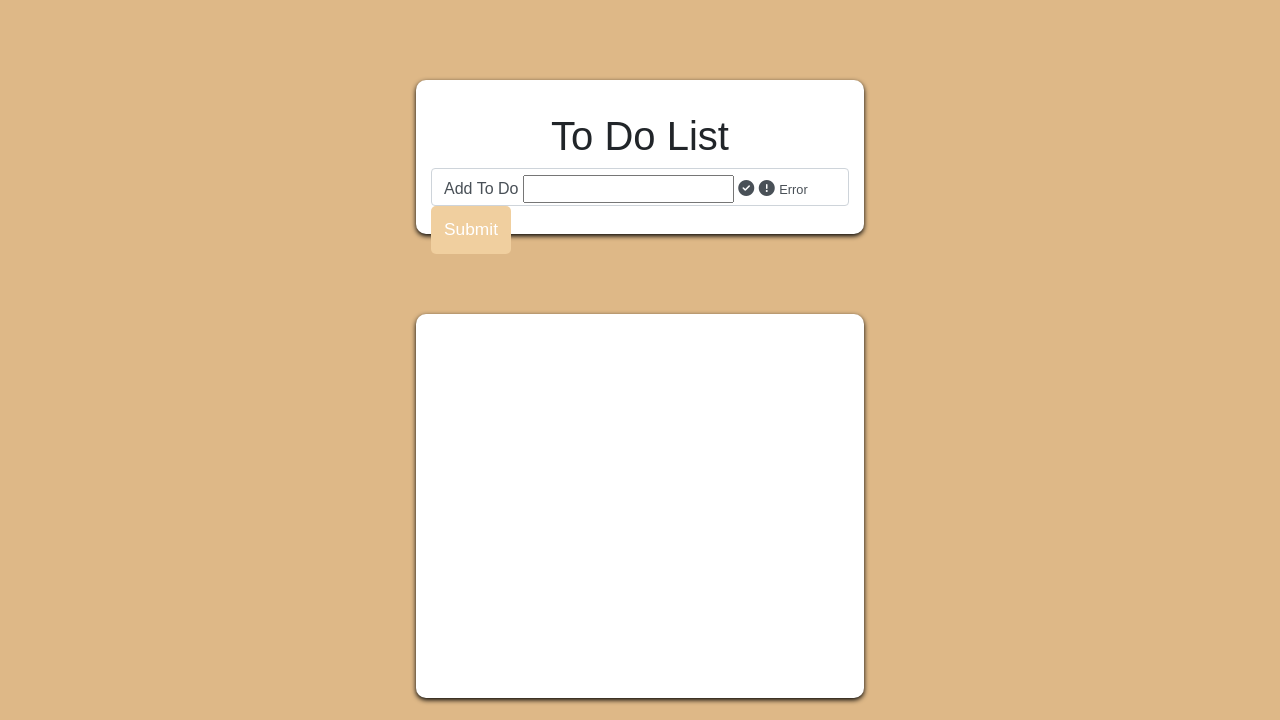
Repository: skepp4rn/todolist
Page: index.html
The author's editor kept a copy of each file at every save. The page is drawn from the files as they stood at one save, then again after the next save.
The browser window is 1280 px wide. The pictures show the whole page.
The page's requests for data from a server got no answer. Some web libraries are served in a nearby version.

Above is the page before, as saved 2021-01-28 11:44:19.

### index.html
<!DOCTYPE html>
<html lang="sv">
<head>
    <meta charset="UTF-8">
    <meta name="viewport" content="width=device-width, initial-scale=1.0">

    <script src="https://kit.fontawesome.com/ef4c0722a8.js" crossorigin="anonymous"></script>
    <link rel="stylesheet" href="https://cdn.jsdelivr.net/npm/bootstrap@4.5.3/dist/css/bootstrap.min.css" integrity="sha384-TX8t27EcRE3e/ihU7zmQxVncDAy5uIKz4rEkgIXeMed4M0jlfIDPvg6uqKI2xXr2" crossorigin="anonymous">
    <link rel="stylesheet" href="css/style.css">

    <title>To Do List</title>
</head>
<body>
    <div class="container">
        <div id="header">
            <h1>To Do List</h1>
        </div>

        <form class="form" id="form">
            <div class="form-control">
                <label>Add To Do</label>
                <input type="text" id="addToDo">
                <i class="fas fa-check-circle"></i>
                <i class="fas fa-exclamation-circle"></i>
                <small>Error message</small>
            </div>

            <button id="btn">Submit</button>
        </form>
    </div>

    <div class="container2">
        <div id="list"></div>
    </div>

    <script src="https://code.jquery.com/jquery-3.5.1.slim.min.js" integrity="sha384-DfXdz2htPH0lsSSs5nCTpuj/zy4C+OGpamoFVy38MVBnE+IbbVYUew+OrCXaRkfj" crossorigin="anonymous"></script>
    <script src="https://cdn.jsdelivr.net/npm/bootstrap@4.5.3/dist/js/bootstrap.bundle.min.js" integrity="sha384-ho+j7jyWK8fNQe+A12Hb8AhRq26LrZ/JpcUGGOn+Y7RsweNrtN/tE3MoK7ZeZDyx" crossorigin="anonymous"></script>
    <script src="https://cdnjs.cloudflare.com/ajax/libs/uuid/8.1.0/uuidv4.min.js"></script>
    <script src="script.js"></script>
</body>

### css/style.css
*{
    box-sizing: border-box;
    margin: 0;
    padding: 0;
}

body {
    background-color: burlywood;
    font-family: Arial, Helvetica, sans-serif;
    display: grid;
    justify-content: center;
}

.container {
    width: 35vw;
    display: grid;
    justify-content: center;
    background-color: #ffffff;
    border-radius: 10px;
    margin-top: 5rem;
    padding-bottom: 2rem;
    height: 12vw;
    box-shadow: 0 2px 5px black;
}

.container2 {
    width: 35vw;
    display: grid;
    justify-content: center;
    background-color: #ffffff;
    border-radius: 10px;
    margin-top: 5rem;
    padding-bottom: 2rem;
    height: 30vw;
    overflow-y: auto;
    box-shadow: 0 2px 5px black;
}

#header {
    margin-top: 2rem;
    text-align: center;
}

#btn {
    border: none;
    border-radius: 5px;
    padding: 0.5rem;
    background-color: #f0cf9f;
    color: #ffffff;
    font-size: 13pt;
    width: 5rem;
    height: 3rem;
    align-self: center;
}

.todobox {
    padding-top: 2rem;
    padding-bottom: 1rem;
    width: 32vw;
    display: grid;
    grid-template-columns: 5fr 1fr;
}

.knappar {
    display: grid;
    gap: 2rem;
}

.todoinput {
    display: flex;
    align-items: center;
}

.fa-trash {
    padding: 0.5rem;
    border: none;
    border-radius: 5px;
    color: #ffffff;
    background-color: red;
    width: 5rem;
}

.fa-undo {
    padding: 0.5rem;
    border: none;
    border-radius: 5px;
    color: #ffffff;
    background-color: #f0cf9f;
    width: 5rem;
}

.done {
    border: none;
    border-radius: 5px;
    padding: 0.5rem;
    background-color: #f0cf9f;
    color: #ffffff;
    font-family: inherit;
    font-size: 14pt;
    width: 5rem;
    height: 3rem;
}

### script.js
let ToDo = [];
let addToDos = document.getElementById('addToDo');
let form = document.getElementById('form');
let check = false;
let subbtn = document.getElementById('subbtn');
let list = document.querySelector('#list');
const fetchTodos = () => {
    fetch('https://jsonplaceholder.typicode.com/todos?_start20=&_limit=10')
    .then(res => res.json())
    .then(data => {
      ToDo = data;
      listelement(ToDo);
    })
}
fetchTodos();

const listelement = (ToDo) => {
    list.innerHTML = '';
    ToDo.forEach(todo => {
        list.innerHTML += newTodo(todo);
    })
    console.log(ToDo);
}

const newTodo = todo => {

    let template = todo.completed ? `
    <div id="${todo.id}" class="todoinput completed">
        <div class="todobox">
          <h3 class="title">${todo.title}</h3>
            <div class="knappar">
                <button class="fas fa-undo"></button>
                <button class="fas fa-trash"></button>
            </div>
        </div>
    </div>
    `
    : `
    <div id="${todo.id}" class="todoinput">
        <div class="todobox">
            <h3 class="title">${todo.title}</h3>
            <button class="done">Done</button>
        </div>
    </div>
    `
    return template
  }


  const createTodo = (title) => {

    fetch('https://jsonplaceholder.typicode.com/todos',{
      method: 'POST',
      headers: {
        'Content-type': 'application/json; charset=UTF-8'
      },
      body: JSON.stringify({
        title,
        completed: false
      })
    })
    .then(res => res.json())
    .then(data => {
        let _todo = {
            title: data.title,
            completed: data.completed,
            id: uuidv4()
        }
      console.log(data)
      ToDo.unshift(_todo);
      listelement(ToDo);
    })
}

form.addEventListener('submit', (e) => {
    e.preventDefault();

    checkInputs();

    if(check == true) {
        removeinput(addToDos);

        createTodo(addToDos.value)
        listelement(ToDo);

        addToDos.value = '';
    }
});

function checkInputs() {
    let addToDosValue = addToDos.value.trim();

    if(addToDosValue === ``) {
    setErrorFor(addToDos, `To Do cannot be blank`);

    } else {
        setSuccessFor(addToDos);
    }
}

function setErrorFor(input, message) {
    let formControl = input.parentElement;
    let small = formControl.querySelector('small');
    small.innerText = message;
    formControl.className = 'form-control error';
    check = false;
}

function setSuccessFor(input) {
    let formControl = input.parentElement;
    formControl.className = 'form-control success';
    check = true;
}

function removeinput(input) {
    let formControl = input.parentElement;
    formControl.className = 'form-control';
}

list.addEventListener('click', (e) => {
    if(e.target.classList.contains('done')) {
        complete(e.target.parentNode.parentNode.id)
    }
    else if(e.target.classList.contains('fa-undo')) {
        complete(e.target.parentNode.parentNode.parentNode.id)
    }
})

function complete(id) {
    ToDo.map(todo => {
        if(todo.id == id){
            todo.completed = !todo.completed
        }
        return todo
    })
    listelement(ToDo)
}

list.addEventListener('click', (e) => {

    if(e.target.classList.contains('fa-trash')) {
        ToDo = ToDo.filter(removetodo => removetodo.id != e.target.parentNode.parentNode.parentNode.id)
        listelement(ToDo)
    }
});

After the next save:
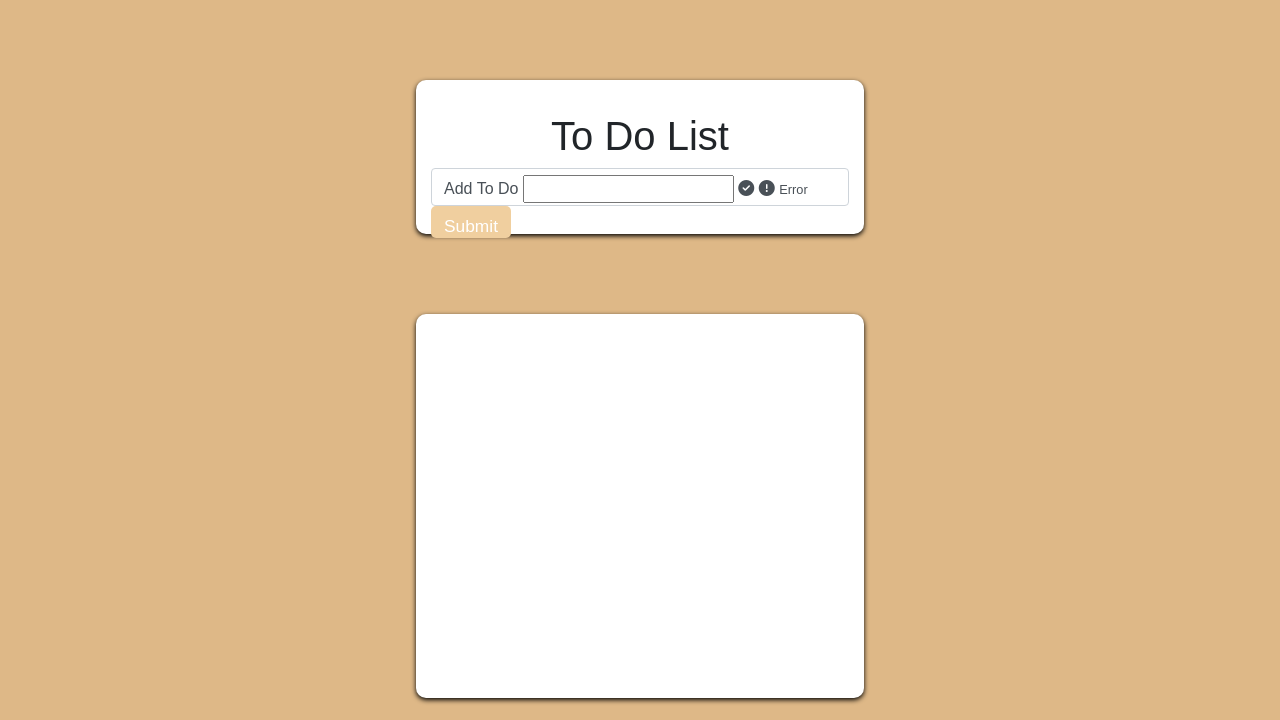
Saved 9 s later.
--- a/css/style.css
+++ b/css/style.css
@@ -49,7 +49,7 @@
     color: #ffffff;
     font-size: 13pt;
     width: 5rem;
-    height: 3rem;
+    height: 2rem;
     align-self: center;
 }
 

After the 6 saves that followed:
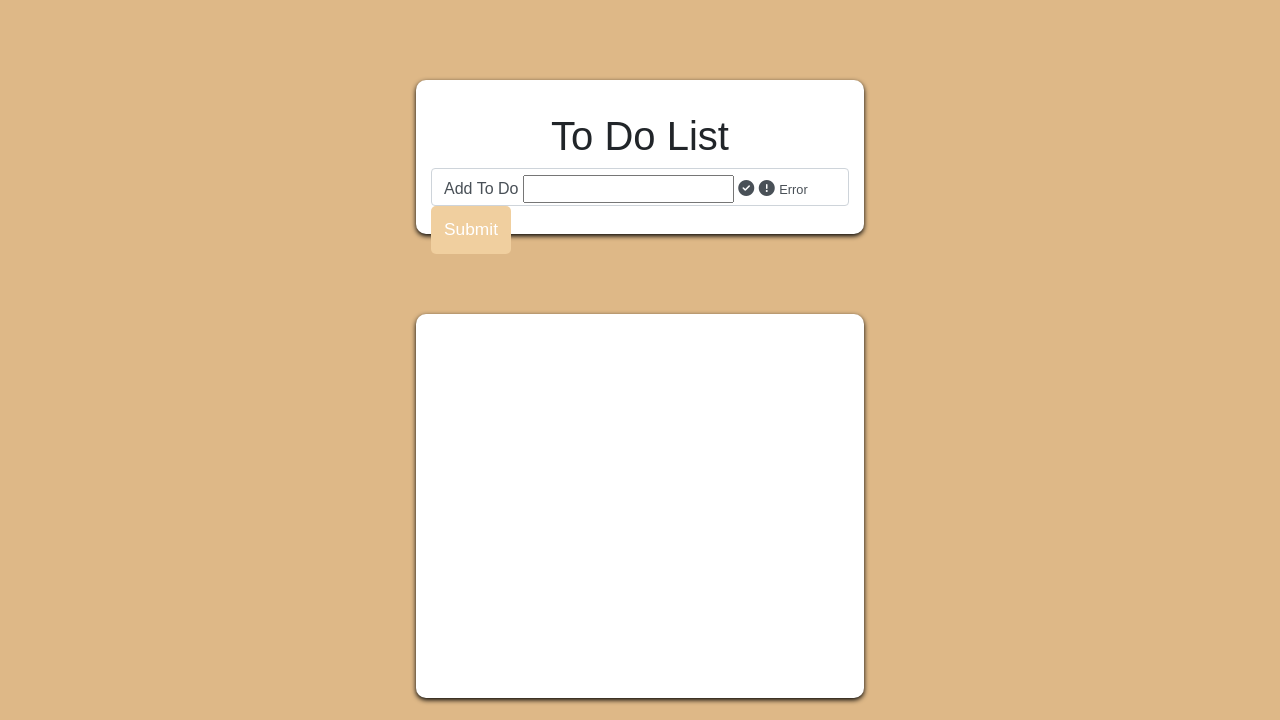
The 6 saves are shown as one change because 2 left the picture as it was and some came seconds apart.
The last was saved 25 s later.
--- a/css/style.css
+++ b/css/style.css
@@ -49,8 +49,9 @@
     color: #ffffff;
     font-size: 13pt;
     width: 5rem;
-    height: 2rem;
+    height: 3rem;
     align-self: center;
+
 }
 
 .todobox {
